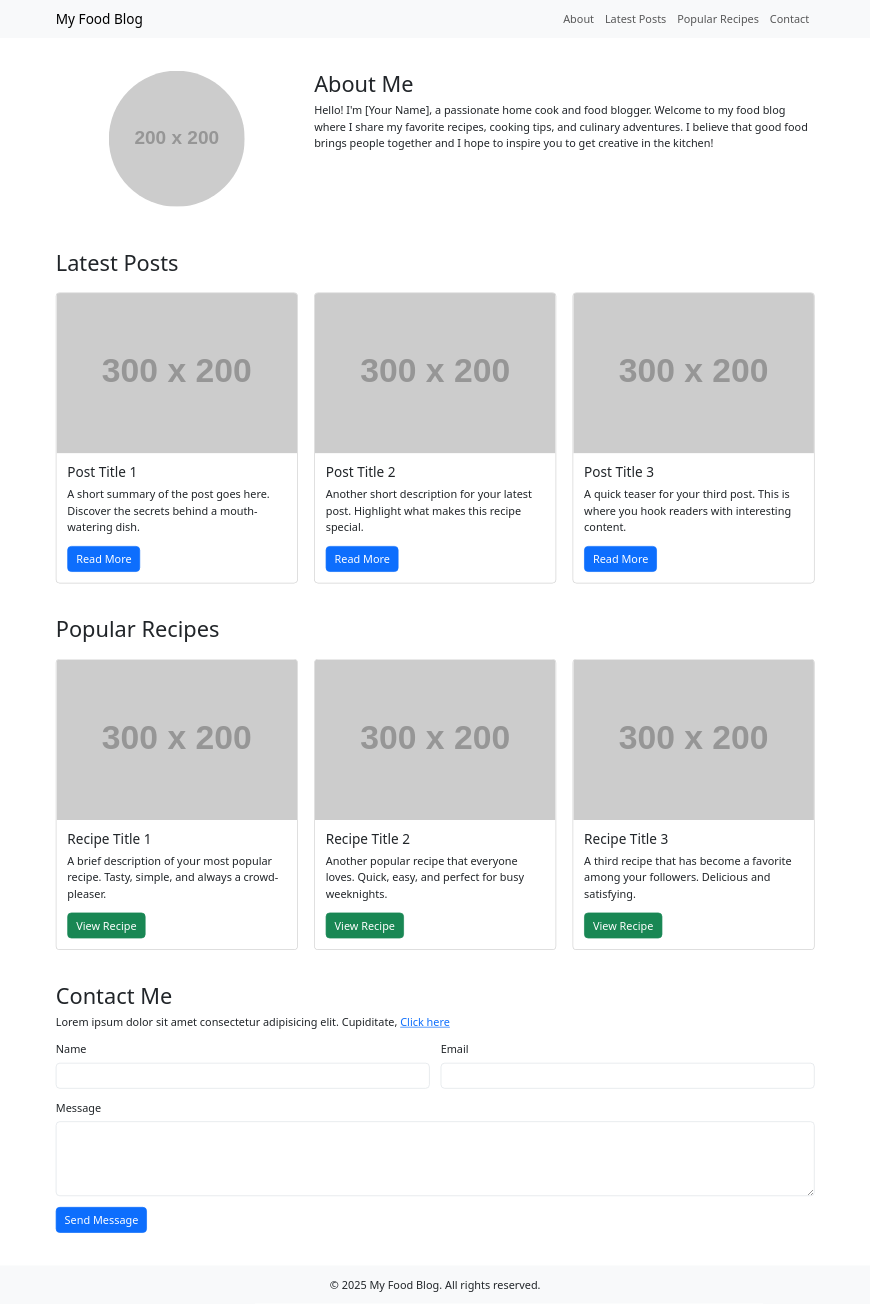
Repository: arunyerram/Web-TEChnologies
Page: 15.03.2025.html
These files come from the project's save history. The page is drawn as it stood at one moment and after the next save; the edit follows.
The browser window is 1280 px wide. The pictures show the whole page, at 68% of full size.

Above is the page before, as saved 2025-03-19 11:22:42.

After the next save:
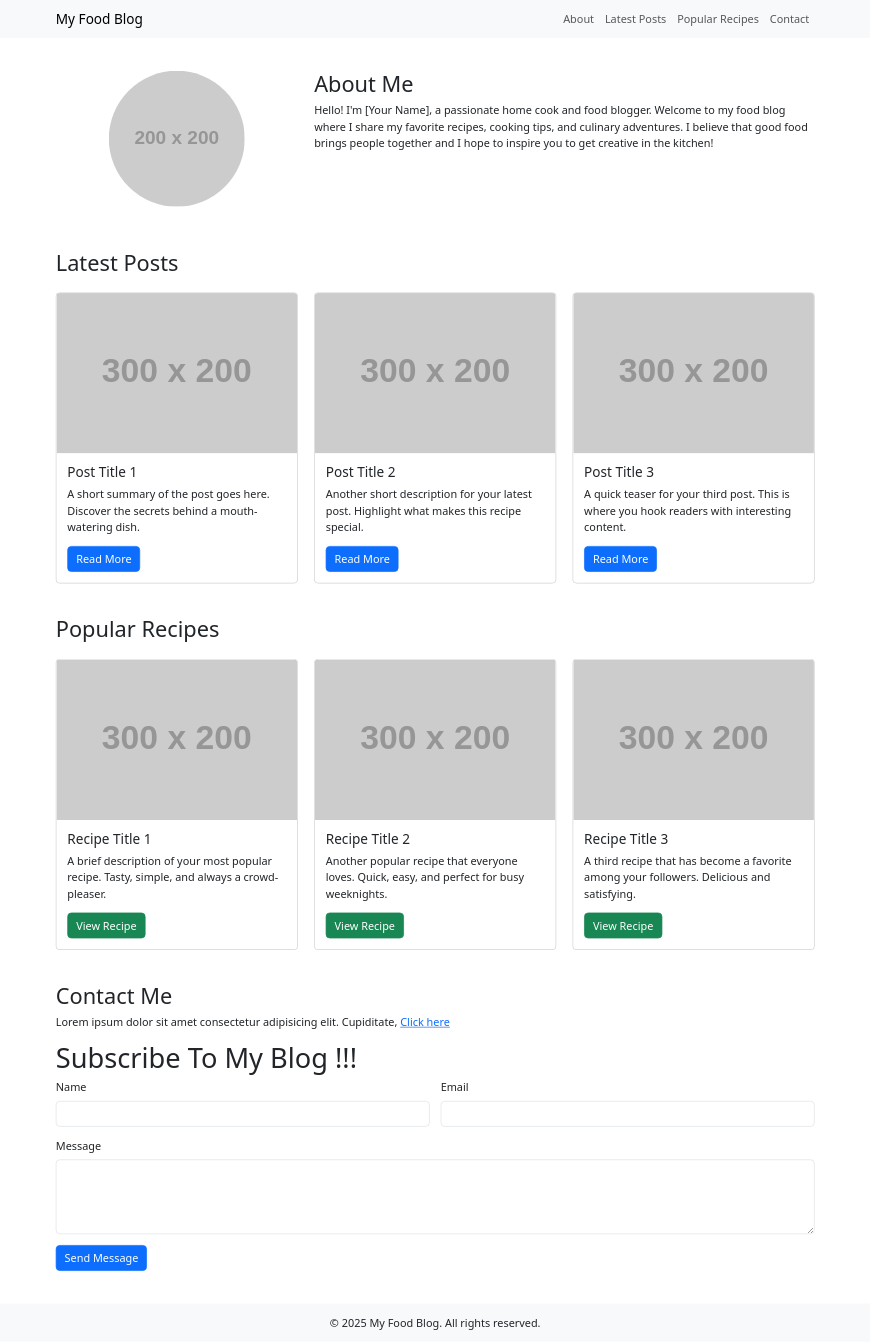
Saved 21 s later.
--- a/15.03.2025.html
+++ b/15.03.2025.html
@@ -206,6 +206,7 @@
 
 
     <section>
+      <h1> Subscribe To My Blog !!!</h1>
       <form class="row g-3 needs-validation" novalidate>
         <div class="col-md-6">
           <label for="name" class="form-label">Name</label>
